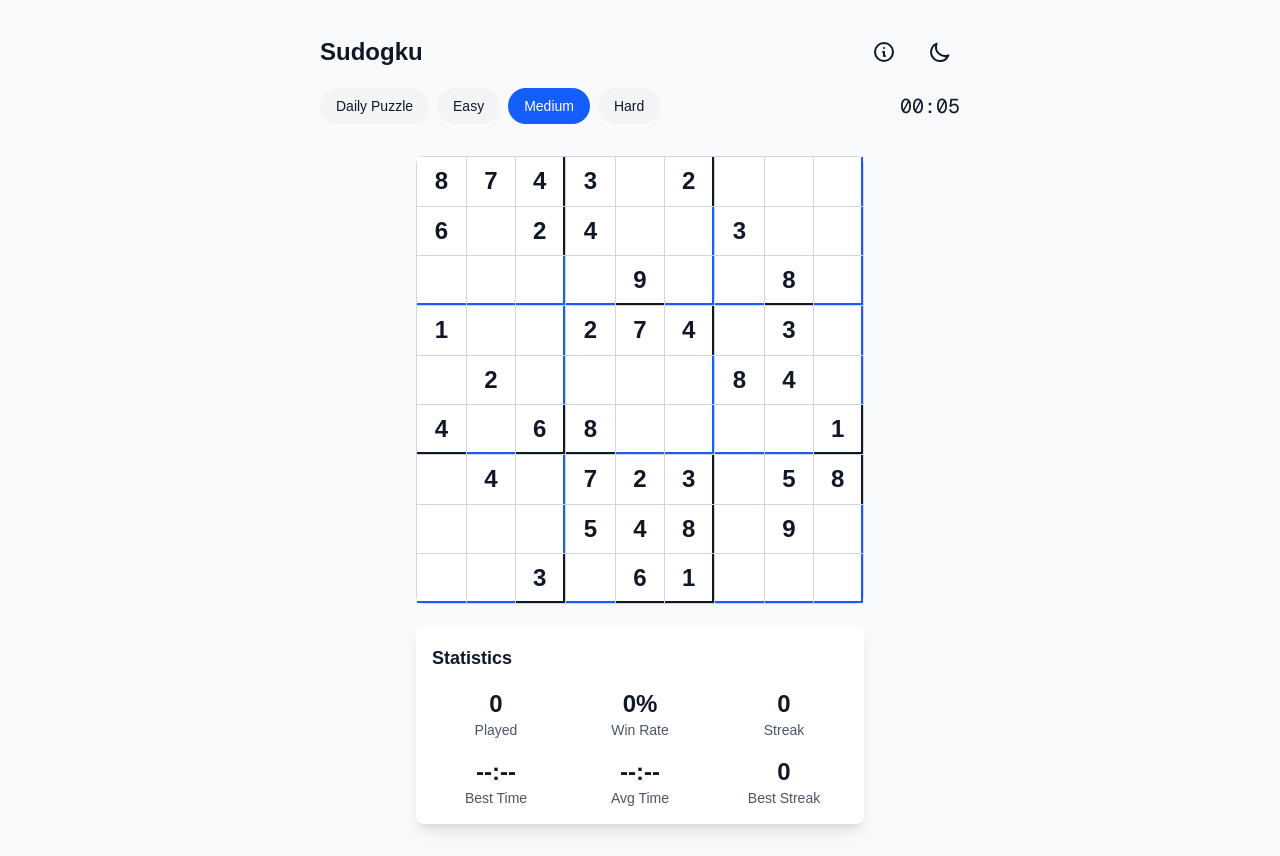
Repository: JavierSilvaF/sudogku
Page: / (app in sudogku-app/)
The author's editor kept a copy of each file at every save. The page is drawn from the files as they stood at one save, then again after the next save.
The browser window is 1280 px wide. The pictures show the whole page.
The project was rebuilt for these pictures with package versions that can differ from the ones it lists, and the page was loaded fresh each time. The framework's server and built-in components were replaced by stand-ins that run in the browser. Also part of the build but not shown: sudogku-app/next.config.mjs, sudogku-app/next.config.ts.

Above is the page before, as saved 2025-04-06 02:12:29.

### sudogku-app/src/app/page.tsx
'use client'

import { ThemeProvider } from 'next-themes'
import { GameProvider } from '@/context/GameContext'
import Header from '@/components/Header'
import GameBoard from '@/components/GameBoard'
import NumberPad from '@/components/NumberPad'
import Victory from '@/components/Victory'
import Stats from '@/components/Stats'

export default function Home() {
  return (
    <ThemeProvider attribute='class'>
      <GameProvider>
        <div className='min-h-screen bg-gray-50 dark:bg-gray-900 text-gray-900 dark:text-gray-50'>
          <div className='max-w-2xl mx-auto px-4 py-8 pb-32 sm:pb-8'>
            <Header />
            <main className='flex flex-col items-center gap-6'>
              <GameBoard />
              <Stats />
            </main>
          </div>
          <NumberPad />
          <Victory />
        </div>
      </GameProvider>
    </ThemeProvider>
  )
}

### sudogku-app/src/components/GameBoard.tsx
import { useGame } from '@/context/GameContext'
import { motion } from 'framer-motion'
import { useState, useEffect } from 'react'

export default function GameBoard() {
  const {
    board,
    initialBoard,
    pencilMarks,
    setCellValue,
    togglePencilMark,
    selectedCell,
    setSelectedCell,
    solution,
  } = useGame()
  const [isPencilMode, setIsPencilMode] = useState(false)
  const [errors, setErrors] = useState<Set<string>>(new Set())

  // Get related cells (same row, column, box, or same number)
  const getRelatedCells = (row: number, col: number): [number, number][] => {
    const related: [number, number][] = []
    const selectedValue = board[row][col]

    // Same row
    for (let c = 0; c < 9; c++) {
      if (c !== col) related.push([row, c])
    }

    // Same column
    for (let r = 0; r < 9; r++) {
      if (r !== row) related.push([r, col])
    }

    // Same 3x3 box
    const boxRow = Math.floor(row / 3) * 3
    const boxCol = Math.floor(col / 3) * 3
    for (let r = boxRow; r < boxRow + 3; r++) {
      for (let c = boxCol; c < boxCol + 3; c++) {
        if (r !== row || c !== col) related.push([r, c])
      }
    }

    // Same number
    if (selectedValue) {
      for (let r = 0; r < 9; r++) {
        for (let c = 0; c < 9; c++) {
          if ((r !== row || c !== col) && board[r][c] === selectedValue) {
            related.push([r, c])
          }
        }
      }
    }

    return related
  }

  // Check for errors in the current cell
  const checkCellError = (row: number, col: number): boolean => {
    if (!board[row][col]) return false
    return board[row][col] !== solution[row][col]
  }

  // Update errors when board changes
  useEffect(() => {
    const newErrors = new Set<string>()
    for (let row = 0; row < 9; row++) {
      for (let col = 0; col < 9; col++) {
        if (checkCellError(row, col)) {
          newErrors.add(`${row}-${col}`)
        }
      }
    }
    setErrors(newErrors)
  }, [board, solution])

  // Keyboard controls
  useEffect(() => {
    const handleKeyDown = (e: KeyboardEvent) => {
      if (!selectedCell) return

      const [row, col] = selectedCell

      if (e.key === 'p') {
        setIsPencilMode((prev) => !prev)
        return
      }

      if (e.key >= '1' && e.key <= '9') {
        const num = parseInt(e.key)
        if (isPencilMode) {
          togglePencilMark(row, col, num)
        } else {
          setCellValue(row, col, num)
        }
      }

      if (e.key === 'Delete' || e.key === 'Backspace') {
        setCellValue(row, col, null)
      }

      if (e.key.startsWith('Arrow')) {
        e.preventDefault()
        const newPosition = {
          ArrowUp: [Math.max(0, row - 1), col],
          ArrowDown: [Math.min(8, row + 1), col],
          ArrowLeft: [row, Math.max(0, col - 1)],
          ArrowRight: [row, Math.min(8, col + 1)],
        }[e.key] as [number, number]
        setSelectedCell(newPosition)
      }
    }

    window.addEventListener('keydown', handleKeyDown)
    return () => window.removeEventListener('keydown', handleKeyDown)
  }, [selectedCell, isPencilMode])

  const relatedCells = selectedCell ? getRelatedCells(...selectedCell) : []
  const relatedCellsSet = new Set(relatedCells.map(([r, c]) => `${r}-${c}`))

  return (
    <div className='w-full max-w-md aspect-square'>
      <div className='grid grid-cols-9 gap-px bg-gray-300 dark:bg-gray-600 p-px rounded-lg'>
        {board.map((row, rowIndex) =>
          row.map((cell, colIndex) => {
            const isSelected =
              selectedCell?.[0] === rowIndex && selectedCell?.[1] === colIndex
            const isRelated = relatedCellsSet.has(`${rowIndex}-${colIndex}`)
            const hasError = errors.has(`${rowIndex}-${colIndex}`)

            return (
              <motion.button
                key={`${rowIndex}-${colIndex}`}
                whileTap={{ scale: 0.95 }}
                className={`
                  aspect-square flex items-center justify-center relative
                  bg-white dark:bg-gray-800
                  text-2xl font-bold
                  ${
                    initialBoard[rowIndex][colIndex]
                      ? 'text-gray-900 dark:text-gray-100'
                      : 'text-blue-600 dark:text-blue-400'
                  }
                  ${
                    isSelected
                      ? 'bg-blue-100 dark:bg-blue-900'
                      : isRelated
                      ? 'bg-blue-50/50 dark:bg-blue-900/30'
                      : ''
                  }
                  ${hasError ? 'text-red-500 dark:text-red-400' : ''}
                  ${(rowIndex + 1) % 3 === 0 ? 'border-b-2' : ''}
                  ${(colIndex + 1) % 3 === 0 ? 'border-r-2' : ''}
                  hover:bg-blue-50 dark:hover:bg-blue-900/50
                  transition-colors
                `}
                onClick={() => setSelectedCell([rowIndex, colIndex])}
              >
                <motion.span
                  initial={cell ? { scale: 0.5 } : false}
                  animate={{ scale: 1 }}
                  transition={{ type: 'spring', stiffness: 300, damping: 20 }}
                >
                  {cell || ''}
                </motion.span>
                {!cell && pencilMarks.get(`${rowIndex}-${colIndex}`) && (
                  <div className='grid grid-cols-3 gap-px text-xs absolute inset-0 p-1'>
                    {[1, 2, 3, 4, 5, 6, 7, 8, 9].map((num) => (
                      <motion.span
                        key={num}
                        initial={{ opacity: 0 }}
                        animate={{ opacity: 1 }}
                        className='flex items-center justify-center text-gray-500 dark:text-gray-400'
                      >
                        {pencilMarks.get(`${rowIndex}-${colIndex}`)?.has(num)
                          ? num
                          : ''}
                      </motion.span>
                    ))}
                  </div>
                )}
              </motion.button>
            )
          })
        )}
      </div>
    </div>
  )
}

### sudogku-app/src/components/NumberPad.tsx
import { motion } from 'framer-motion'
import { useGame } from '@/context/GameContext'
import { useState } from 'react'

export default function NumberPad() {
  const { selectedCell, setCellValue, togglePencilMark } = useGame()
  const [isPencilMode, setIsPencilMode] = useState(false)

  const handleNumberClick = (num: number) => {
    if (!selectedCell) return
    const [row, col] = selectedCell

    if (isPencilMode) {
      togglePencilMark(row, col, num)
    } else {
      setCellValue(row, col, num)
    }
  }

  return (
    <div className='fixed bottom-0 left-0 right-0 bg-white dark:bg-gray-800 p-4 shadow-lg sm:hidden'>
      <div className='max-w-md mx-auto'>
        <div className='grid grid-cols-5 gap-2 mb-4'>
          {[1, 2, 3, 4, 5, 6, 7, 8, 9].map((num) => (
            <motion.button
              key={num}
              whileTap={{ scale: 0.95 }}
              className='aspect-square rounded-lg bg-gray-100 dark:bg-gray-700
                text-xl font-bold flex items-center justify-center'
              onClick={() => handleNumberClick(num)}
            >
              {num}
            </motion.button>
          ))}
          <motion.button
            whileTap={{ scale: 0.95 }}
            className={`aspect-square rounded-lg flex items-center justify-center
              ${
                isPencilMode
                  ? 'bg-blue-600 text-white'
                  : 'bg-gray-100 dark:bg-gray-700'
              }`}
            onClick={() => setIsPencilMode((prev: boolean) => !prev)}
          >
            <svg
              className='w-6 h-6'
              fill='none'
              stroke='currentColor'
              viewBox='0 0 24 24'
            >
              <path
                strokeLinecap='round'
                strokeLinejoin='round'
                strokeWidth={2}
                d='M15.232 5.232l3.536 3.536m-2.036-5.036a2.5 2.5 0 113.536 3.536L6.5 21.036H3v-3.572L16.732 3.732z'
              />
            </svg>
          </motion.button>
        </div>
      </div>
    </div>
  )
}

### sudogku-app/src/components/Victory.tsx
import { motion, AnimatePresence } from 'framer-motion'
import { useGame } from '@/context/GameContext'

export default function Victory() {
  const { isComplete, timer, isDailyPuzzle } = useGame()

  const formatTime = (seconds: number) => {
    const mins = Math.floor(seconds / 60)
    const secs = seconds % 60
    return `${mins}:${secs.toString().padStart(2, '0')}`
  }

  return (
    <AnimatePresence>
      {isComplete && (
        <motion.div
          initial={{ opacity: 0, scale: 0.8 }}
          animate={{ opacity: 1, scale: 1 }}
          exit={{ opacity: 0, scale: 0.8 }}
          className='fixed inset-0 flex items-center justify-center bg-black/50 z-50 p-4'
        >
          <motion.div
            initial={{ y: 20 }}
            animate={{ y: 0 }}
            className='bg-white dark:bg-gray-800 rounded-lg p-6 max-w-sm w-full shadow-xl'
          >
            <h2 className='text-2xl font-bold mb-4 text-center'>
              🎉 Puzzle Complete! 🎉
            </h2>
            <div className='space-y-4'>
              <p className='text-center'>
                Time: <span className='font-mono'>{formatTime(timer)}</span>
              </p>
              {isDailyPuzzle && (
                <div className='text-center text-sm'>
                  Come back tomorrow for a new daily puzzle!
                </div>
              )}
              <motion.button
                whileHover={{ scale: 1.05 }}
                whileTap={{ scale: 0.95 }}
                className='w-full py-2 px-4 bg-blue-600 text-white rounded-full font-medium'
                onClick={() => window.location.reload()}
              >
                Play Again
              </motion.button>
            </div>
          </motion.div>
        </motion.div>
      )}
    </AnimatePresence>
  )
}

### sudogku-app/src/components/Stats.tsx
import { useState, useEffect } from 'react'
import { motion } from 'framer-motion'

interface Statistics {
  gamesPlayed: number
  gamesWon: number
  currentStreak: number
  bestStreak: number
  averageTime: number
  bestTime: number
}

export default function Stats() {
  const [stats, setStats] = useState<Statistics>({
    gamesPlayed: 0,
    gamesWon: 0,
    currentStreak: 0,
    bestStreak: 0,
    averageTime: 0,
    bestTime: 0,
  })

  useEffect(() => {
    // Load stats from localStorage
    const savedStats = localStorage.getItem('sudogku-stats')
    if (savedStats) {
      setStats(JSON.parse(savedStats))
    }
  }, [])

  const formatTime = (seconds: number) => {
    if (seconds === 0) return '--:--'
    const mins = Math.floor(seconds / 60)
    const secs = seconds % 60
    return `${mins.toString().padStart(2, '0')}:${secs
      .toString()
      .padStart(2, '0')}`
  }

  return (
    <motion.div
      initial={{ opacity: 0 }}
      animate={{ opacity: 1 }}
      className='w-full max-w-md bg-white dark:bg-gray-800 rounded-lg p-4 shadow-lg'
    >
      <h2 className='text-lg font-bold mb-4'>Statistics</h2>
      <div className='grid grid-cols-2 sm:grid-cols-3 gap-4'>
        <div className='text-center'>
          <div className='text-2xl font-bold'>{stats.gamesPlayed}</div>
          <div className='text-sm text-gray-600 dark:text-gray-400'>Played</div>
        </div>
        <div className='text-center'>
          <div className='text-2xl font-bold'>
            {stats.gamesPlayed
              ? Math.round((stats.gamesWon / stats.gamesPlayed) * 100)
              : 0}
            %
          </div>
          <div className='text-sm text-gray-600 dark:text-gray-400'>
            Win Rate
          </div>
        </div>
        <div className='text-center'>
          <div className='text-2xl font-bold'>{stats.currentStreak}</div>
          <div className='text-sm text-gray-600 dark:text-gray-400'>Streak</div>
        </div>
        <div className='text-center'>
          <div className='text-2xl font-bold'>{formatTime(stats.bestTime)}</div>
          <div className='text-sm text-gray-600 dark:text-gray-400'>
            Best Time
          </div>
        </div>
        <div className='text-center'>
          <div className='text-2xl font-bold'>
            {formatTime(stats.averageTime)}
          </div>
          <div className='text-sm text-gray-600 dark:text-gray-400'>
            Avg Time
          </div>
        </div>
        <div className='text-center'>
          <div className='text-2xl font-bold'>{stats.bestStreak}</div>
          <div className='text-sm text-gray-600 dark:text-gray-400'>
            Best Streak
          </div>
        </div>
      </div>
    </motion.div>
  )
}

### sudogku-app/src/utils/sudoku.ts
export type Grid = (number | null)[][];

export class SudokuGenerator {
  private grid: Grid = Array(9).fill(null).map(() => Array(9).fill(null));

  private isValid(row: number, col: number, num: number): boolean {
    // Check row
    for (let x = 0; x < 9; x++) {
      if (this.grid[row][x] === num) return false;
    }

    // Check column
    for (let x = 0; x < 9; x++) {
      if (this.grid[x][col] === num) return false;
    }

    // Check 3x3 box
    const boxRow = Math.floor(row / 3) * 3;
    const boxCol = Math.floor(col / 3) * 3;
    for (let i = 0; i < 3; i++) {
      for (let j = 0; j < 3; j++) {
        if (this.grid[boxRow + i][boxCol + j] === num) return false;
      }
    }

    return true;
  }

  private fillDiagonal(): void {
    for (let i = 0; i < 9; i += 3) {
      this.fillBox(i, i);
    }
  }

  private fillBox(row: number, col: number): void {
    let num;
    for (let i = 0; i < 3; i++) {
      for (let j = 0; j < 3; j++) {
        do {
          num = Math.floor(Math.random() * 9) + 1;
        } while (!this.isValid(row + i, col + j, num));
        this.grid[row + i][col + j] = num;
      }
    }
  }

  private fillRemaining(row: number, col: number): boolean {
    if (col >= 9 && row < 8) {
      row++;
      col = 0;
    }
    if (row >= 9 && col >= 9) return true;
    if (row < 3) {
      if (col < 3) col = 3;
    } else if (row < 6) {
      if (col === Math.floor(row / 3) * 3) col += 3;
    } else {
      if (col === 6) {
        row++;
        col = 0;
        if (row >= 9) return true;
      }
    }

    for (let num = 1; num <= 9; num++) {
      if (this.isValid(row, col, num)) {
        this.grid[row][col] = num;
        if (this.fillRemaining(row, col + 1)) return true;
        this.grid[row][col] = null;
      }
    }
    return false;
  }

  private removeDigits(difficulty: 'easy' | 'medium' | 'hard'): void {
    const removeCount = {
      easy: 30,
      medium: 45,
      hard: 55
    }[difficulty];

    let count = removeCount;
    while (count > 0) {
      const row = Math.floor(Math.random() * 9);
      const col = Math.floor(Math.random() * 9);
      if (this.grid[row][col] !== null) {
        this.grid[row][col] = null;
        count--;
      }
    }
  }

  generate(difficulty: 'easy' | 'medium' | 'hard'): { puzzle: Grid, solution: Grid } {
    this.grid = Array(9).fill(null).map(() => Array(9).fill(null));
    this.fillDiagonal();
    this.fillRemaining(0, 3);
    const solution = this.grid.map(row => [...row]);
    this.removeDigits(difficulty);
    return {
      puzzle: this.grid.map(row => [...row]),
      solution
    };
  }
}

export class SudokuSolver {
  static isValidMove(grid: Grid, row: number, col: number, num: number): boolean {
    // Check row
    for (let x = 0; x < 9; x++) {
      if (grid[row][x] === num) return false;
    }

    // Check column
    for (let x = 0; x < 9; x++) {
      if (grid[x][col] === num) return false;
    }

    // Check 3x3 box
    const boxRow = Math.floor(row / 3) * 3;
    const boxCol = Math.floor(col / 3) * 3;
    for (let i = 0; i < 3; i++) {
      for (let j = 0; j < 3; j++) {
        if (grid[boxRow + i][boxCol + j] === num) return false;
      }
    }

    return true;
  }

  static isSolved(grid: Grid): boolean {
    for (let row = 0; row < 9; row++) {
      for (let col = 0; col < 9; col++) {
        if (grid[row][col] === null) return false;
      }
    }
    return true;
  }
}

### sudogku-app/src/utils/dailyPuzzle.ts
import { SudokuGenerator, Grid } from './sudoku';
import seedrandom from 'seedrandom';

export function getDailyPuzzleSeed() {
  const now = new Date();
  const year = now.getUTCFullYear();
  const month = now.getUTCMonth();
  const day = now.getUTCDate();
  return `${year}-${month}-${day}`;
}

export function generateDailyPuzzle(): { puzzle: Grid, solution: Grid } {
  const seed = getDailyPuzzleSeed();
  const generator = new SudokuGenerator();

  // Use the seed to generate a deterministic puzzle
  const seedNumber = Array.from(seed).reduce((acc, char) => acc + char.charCodeAt(0), 0);
  seedrandom(seedNumber.toString());

  return generator.generate('medium');
}

### sudogku-app/src/utils/dogImages.tsx
import Image from 'next/image'

// Map numbers to dog image paths
export const dogImages = {
  1: '/images/dogs/dog1.png',
  2: '/images/dogs/dog2.png',
  3: '/images/dogs/dog3.png',
  4: '/images/dogs/dog4.png',
  5: '/images/dogs/dog5.png',
  6: '/images/dogs/dog6.png',
  7: '/images/dogs/dog7.png',
  8: '/images/dogs/dog8.png',
  9: '/images/dogs/dog9.png',
}

// Component to display a dog image for a number
export function DogImage({
  number,
  size = 40,
}: {
  number: number
  size?: number
}) {
  return (
    <div className='relative' style={{ width: size, height: size }}>
      <Image
        src={dogImages[number as keyof typeof dogImages]}
        alt={`Dog ${number}`}
        fill
        style={{ objectFit: 'cover' }}
        className='rounded-full'
      />
    </div>
  )
}

Loaded but not shown: sudogku-app/src/app/layout.tsx (common file); sudogku-app/src/app/globals.css (common file); sudogku-app/src/context/GameContext.tsx (282 lines, source omitted); sudogku-app/src/components/Header.tsx (138 lines, source omitted)

After the next save:
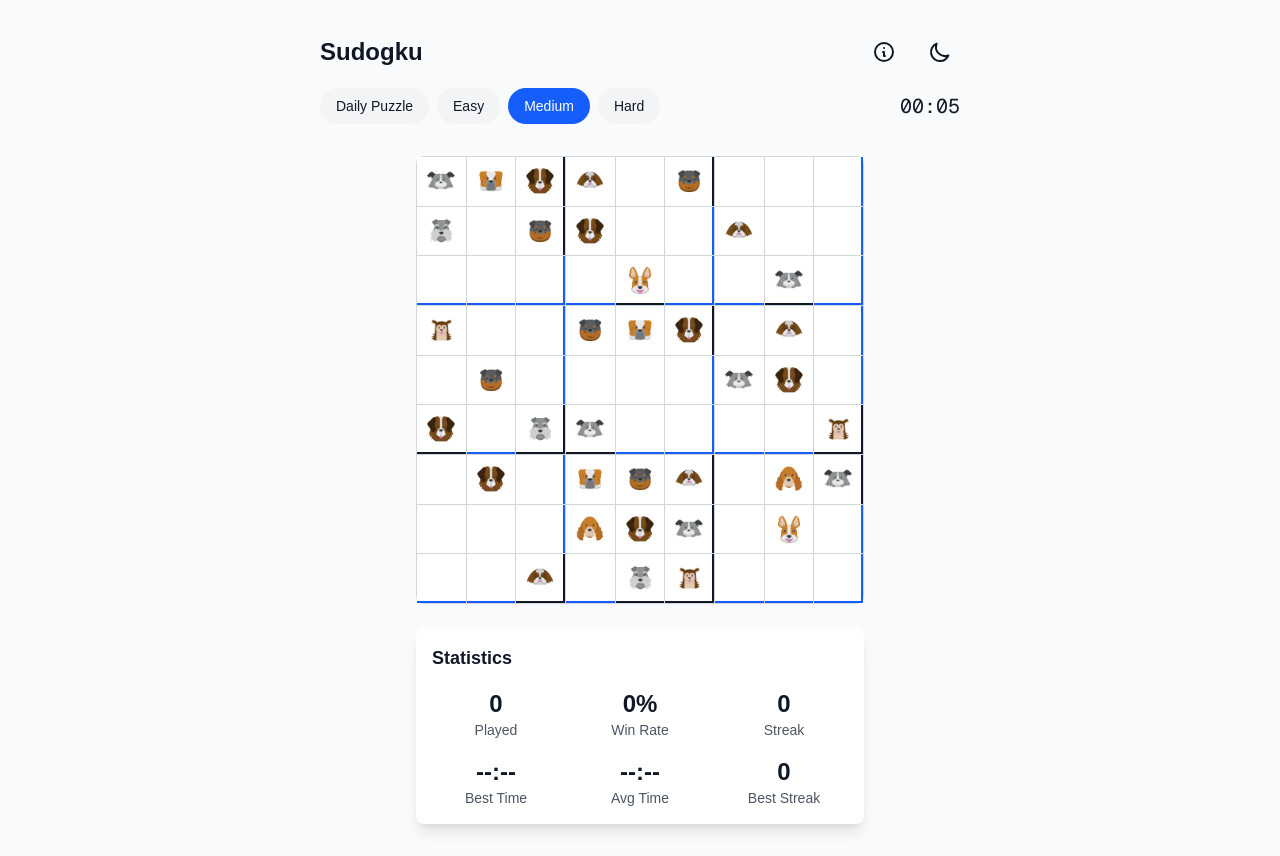
Saved 13 s later.
--- a/sudogku-app/src/components/GameBoard.tsx
+++ b/sudogku-app/src/components/GameBoard.tsx
@@ -1,6 +1,7 @@
 import { useGame } from '@/context/GameContext'
 import { motion } from 'framer-motion'
 import { useState, useEffect } from 'react'
+import { DogImage } from '@/utils/dogImages'
 
 export default function GameBoard() {
   const {
@@ -155,26 +156,28 @@ export default function GameBoard() {
                 `}
                 onClick={() => setSelectedCell([rowIndex, colIndex])}
               >
-                <motion.span
-                  initial={cell ? { scale: 0.5 } : false}
-                  animate={{ scale: 1 }}
-                  transition={{ type: 'spring', stiffness: 300, damping: 20 }}
-                >
-                  {cell || ''}
-                </motion.span>
+                {cell ? (
+                  <motion.div
+                    initial={{ scale: 0.5 }}
+                    animate={{ scale: 1 }}
+                    transition={{ type: 'spring', stiffness: 300, damping: 20 }}
+                  >
+                    <DogImage number={cell} size={30} />
+                  </motion.div>
+                ) : (
+                  ''
+                )}
                 {!cell && pencilMarks.get(`${rowIndex}-${colIndex}`) && (
                   <div className='grid grid-cols-3 gap-px text-xs absolute inset-0 p-1'>
                     {[1, 2, 3, 4, 5, 6, 7, 8, 9].map((num) => (
-                      <motion.span
+                      <span
                         key={num}
-                        initial={{ opacity: 0 }}
-                        animate={{ opacity: 1 }}
                         className='flex items-center justify-center text-gray-500 dark:text-gray-400'
                       >
                         {pencilMarks.get(`${rowIndex}-${colIndex}`)?.has(num)
                           ? num
                           : ''}
-                      </motion.span>
+                      </span>
                     ))}
                   </div>
                 )}
